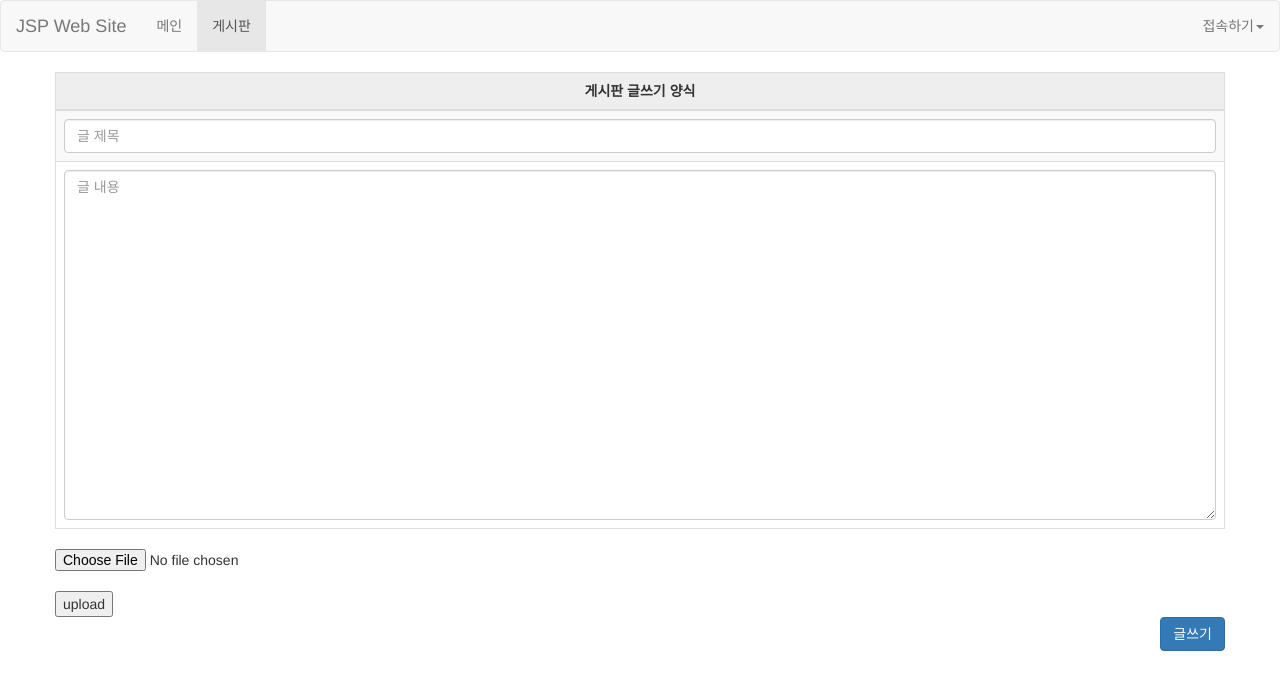
Repository: seung-kook/JSPBBSUPLOAD
Page: http://localhost/BBS/write.jsp
An editor plug-in stored every save of this project. The page is shown before and after the next save, followed by the edit.
The browser window is 1280 px wide. The pictures show the whole page.
Some web libraries are served in a nearby version. The page is served by Tomcat 9.

Above is the page before, as saved 2022-03-15 00:51:52.

After the next save:
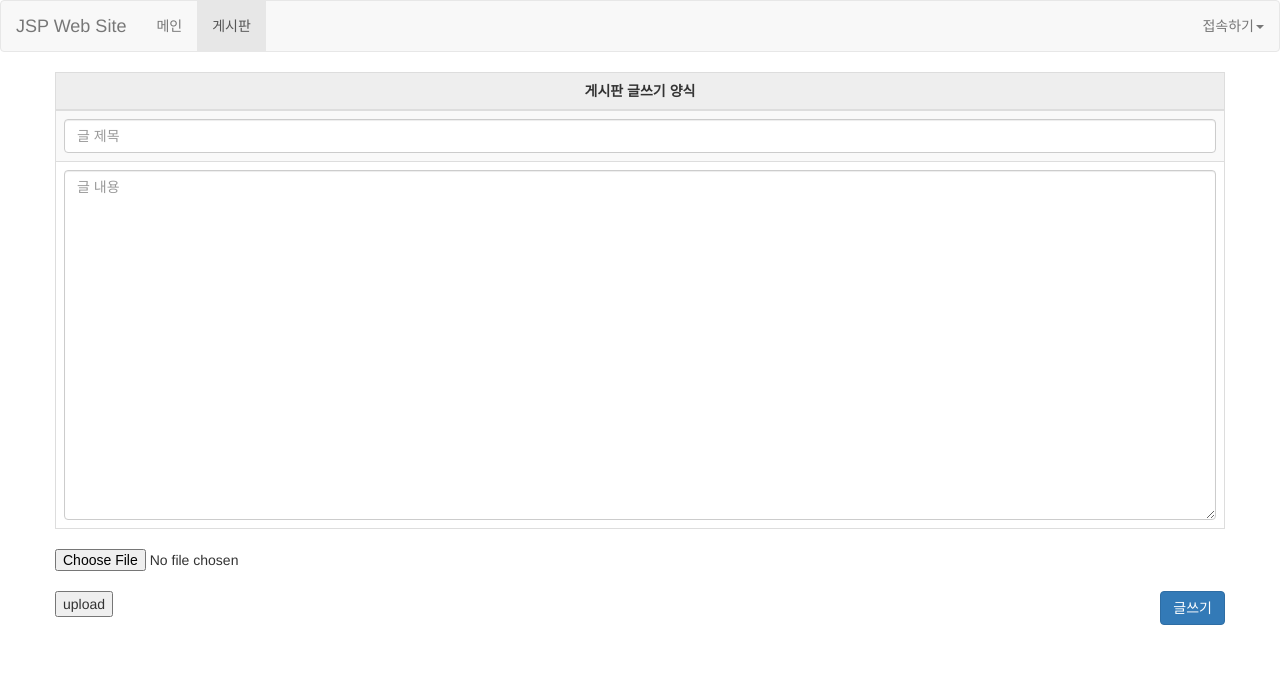
Saved 81 s later.
--- a/BBS/src/main/webapp/write.jsp
+++ b/BBS/src/main/webapp/write.jsp
@@ -84,7 +84,7 @@
 				</table>
 				<form method="post" action="writeAction.jsp enctype="multipart/form-data">
 				<input type="file" name="file"><br>
-				<input type="submit" value="upload"><br>
+				<input type="submit" value="upload">
 				<input type="submit" class="btn btn-primary pull-right" value="글쓰기">
 			</form>
 		</div>
